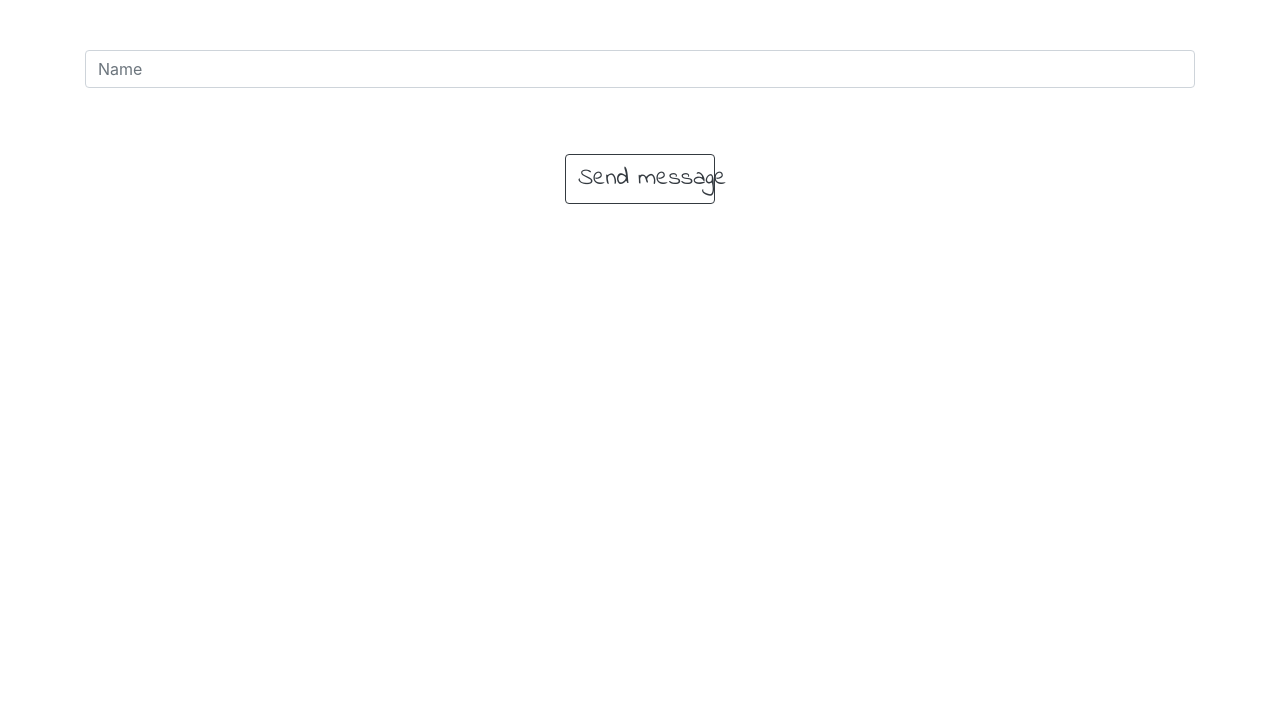
Repository: TaylorD1982/randomizer
Page: submit.html
The author's editor kept a record of every edit. The page is drawn from the files as they stood at one moment, then again after the next edit.
The browser window is 1280 px wide. The pictures show the whole page.
Some web fonts or font styles are not loaded; a fallback is used. Some web libraries are served in a nearby version.

Above is the page before.

### submit.html
<!DOCTYPE html>
<html lang="en">

<head>
    <meta charset="UTF-8">
    <meta name="viewport" content="width=device-width, initial-scale=1.0">
    <meta http-equiv="X-UA-Compatible" content="ie=edge">
    <title>The Names in the Hat Game</title>
    <link rel="icon" href="images/markk.png">
    <link href="https://fonts.googleapis.com/css2?family=Indie+Flower&display=swap" rel="stylesheet">
    <link href="https://fonts.googleapis.com/css2?family=Frijole&display=swap" rel="stylesheet">
    <link rel="stylesheet" href="https://maxcdn.bootstrapcdn.com/bootstrap/4.0.0/css/bootstrap.min.css" integrity="sha384-Gn5384xqQ1aoWXA+058RXPxPg6fy4IWvTNh0E263XmFcJlSAwiGgFAW/dAiS6JXm" crossorigin="anonymous">
    <link rel="stylesheet" href="style.css">
</head>

<body>
        <div class="container">
        <div class="row app">
            <div class="col">
    <form onsubmit="return sendMail(this);">
        <div class="form-group">
            <input type="text" name="name" class="form-control" id="fullname" placeholder="Name" required/>
        </div>
        <button type="submit" class="btn btn-outline-dark">Send message</button>
    </form>
</body>

<script src="https://code.jquery.com/jquery-3.2.1.slim.min.js" integrity="sha384-KJ3o2DKtIkvYIK3UENzmM7KCkRr/rE9/Qpg6aAZGJwFDMVNA/GpGFF93hXpG5KkN" crossorigin="anonymous"></script>
<script src="https://cdnjs.cloudflare.com/ajax/libs/popper.js/1.12.9/umd/popper.min.js" integrity="sha384-ApNbgh9B+Y1QKtv3Rn7W3mgPxhU9K/ScQsAP7hUibX39j7fakFPskvXusvfa0b4Q" crossorigin="anonymous"></script>
<script src="https://maxcdn.bootstrapcdn.com/bootstrap/4.0.0/js/bootstrap.min.js" integrity="sha384-JZR6Spejh4U02d8jOt6vLEHfe/JQGiRRSQQxSfFWpi1MquVdAyjUar5+76PVCmYl" crossorigin="anonymous"></script>

</html>

### style.css
.app {
    padding-top: 50px;
    text-align: center;
}

.app2 {
    padding-top: 50px;
    text-align: center;
    padding-left: 100px;
    padding-right: 100px;
}

.result {
    padding-top: 50px;
    font-family: 'Indie Flower', cursive;
    font-size: 5em;
}

.btn {
    width: 150px;
    font-family: 'Indie Flower', cursive;
    font-size: 1.5em;
    margin-top: 50px;
}

.title {
    font-family: 'Frijole', cursive;
    font-size: 3.5em;
}

@media only screen and (max-width: 600px) {
.title {
    font-size: 2em;
}}

@media only screen and (max-width: 600px) {
.result {
    font-size: 3em;
}}

.lock {
    font-family: 'Frijole', cursive;
    font-size: 1.8em;
}

@media only screen and (max-width: 600px) {
.lock {
    font-family: 'Frijole', cursive;
    font-size: 1.2em;
}}

.post-review {
    font-size: 0.75em;
    position: absolute;
    top: 20px;
    right: 50px;
}

@media only screen and (min-device-width: 0px) and (max-device-width: 1100px) {
    .post-review {
        top: 15px;
        left: 8px;
        padding-bottom: 40px;
        padding-left: 100px;
        padding-right: 100px;
    }
}

After the next edit:
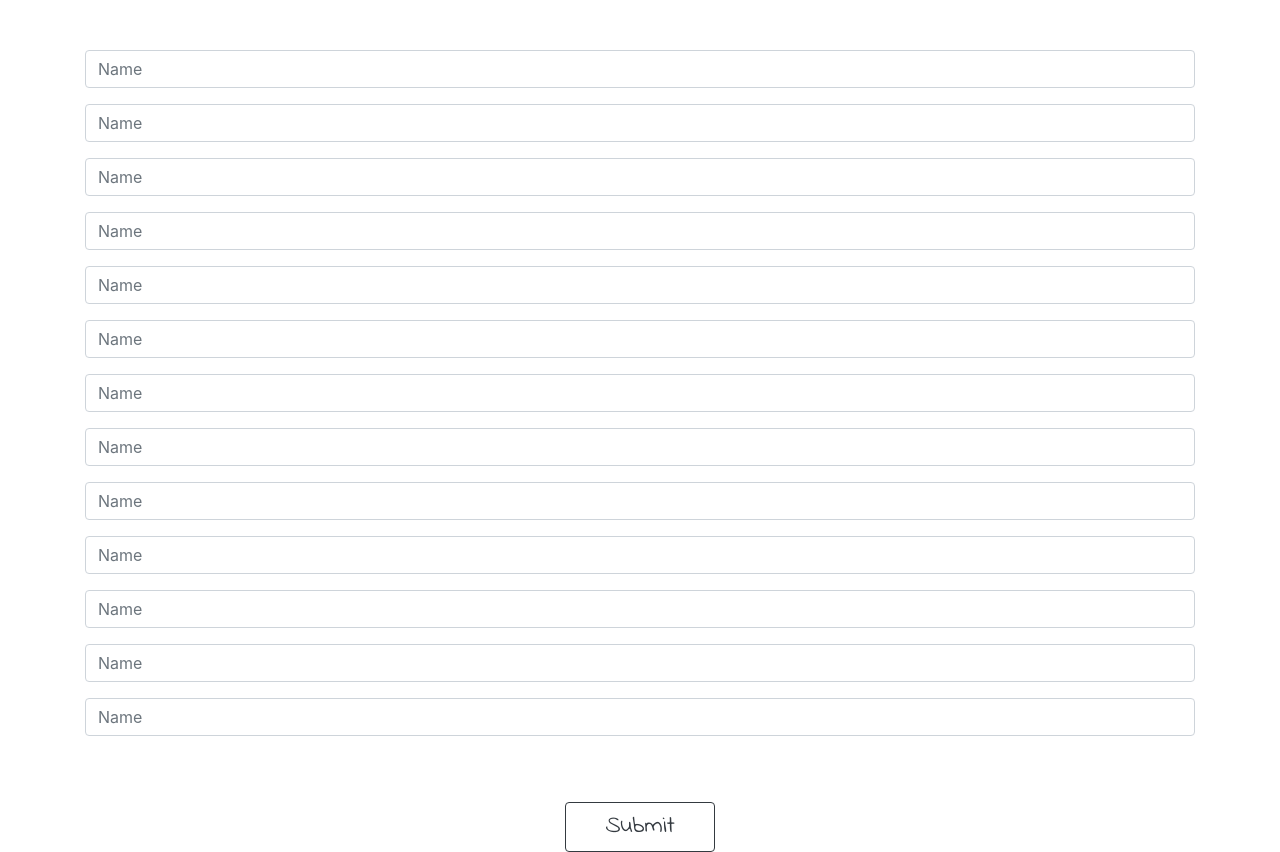
The edit:
--- a/submit.html
+++ b/submit.html
@@ -14,15 +14,54 @@
 </head>
 
 <body>
-        <div class="container">
+    <div class="container">
         <div class="row app">
             <div class="col">
-    <form onsubmit="return sendMail(this);">
-        <div class="form-group">
-            <input type="text" name="name" class="form-control" id="fullname" placeholder="Name" required/>
+                <form onsubmit="return sendMail(this);">
+                    <div class="form-group">
+                        <input type="text" name="name" class="form-control" id="fullname" placeholder="Name" required/>
+                    </div>
+                    <div class="form-group">
+                        <input type="text" name="name" class="form-control" id="fullname" placeholder="Name" required/>
+                    </div>
+                    <div class="form-group">
+                        <input type="text" name="name" class="form-control" id="fullname" placeholder="Name" required/>
+                    </div>
+                    <div class="form-group">
+                        <input type="text" name="name" class="form-control" id="fullname" placeholder="Name" required/>
+                    </div>
+                    <div class="form-group">
+                        <input type="text" name="name" class="form-control" id="fullname" placeholder="Name" required/>
+                    </div>
+                    <div class="form-group">
+                        <input type="text" name="name" class="form-control" id="fullname" placeholder="Name" required/>
+                    </div>
+                    <div class="form-group">
+                        <input type="text" name="name" class="form-control" id="fullname" placeholder="Name" required/>
+                    </div>
+                    <div class="form-group">
+                        <input type="text" name="name" class="form-control" id="fullname" placeholder="Name" required/>
+                    </div>
+                    <div class="form-group">
+                        <input type="text" name="name" class="form-control" id="fullname" placeholder="Name" required/>
+                    </div>
+                    <div class="form-group">
+                        <input type="text" name="name" class="form-control" id="fullname" placeholder="Name" required/>
+                    </div>
+                    <div class="form-group">
+                        <input type="text" name="name" class="form-control" id="fullname" placeholder="Name" required/>
+                    </div>
+                    <div class="form-group">
+                        <input type="text" name="name" class="form-control" id="fullname" placeholder="Name" required/>
+                    </div>
+                    <div class="form-group">
+                        <input type="text" name="name" class="form-control" id="fullname" placeholder="Name" required/>
+                    </div>
+                    <button type="submit" class="btn btn-outline-dark">Submit</button>
+                </form>
+            </div>
         </div>
-        <button type="submit" class="btn btn-outline-dark">Send message</button>
-    </form>
+    </div>
 </body>
 
 <script src="https://code.jquery.com/jquery-3.2.1.slim.min.js" integrity="sha384-KJ3o2DKtIkvYIK3UENzmM7KCkRr/rE9/Qpg6aAZGJwFDMVNA/GpGFF93hXpG5KkN" crossorigin="anonymous"></script>
